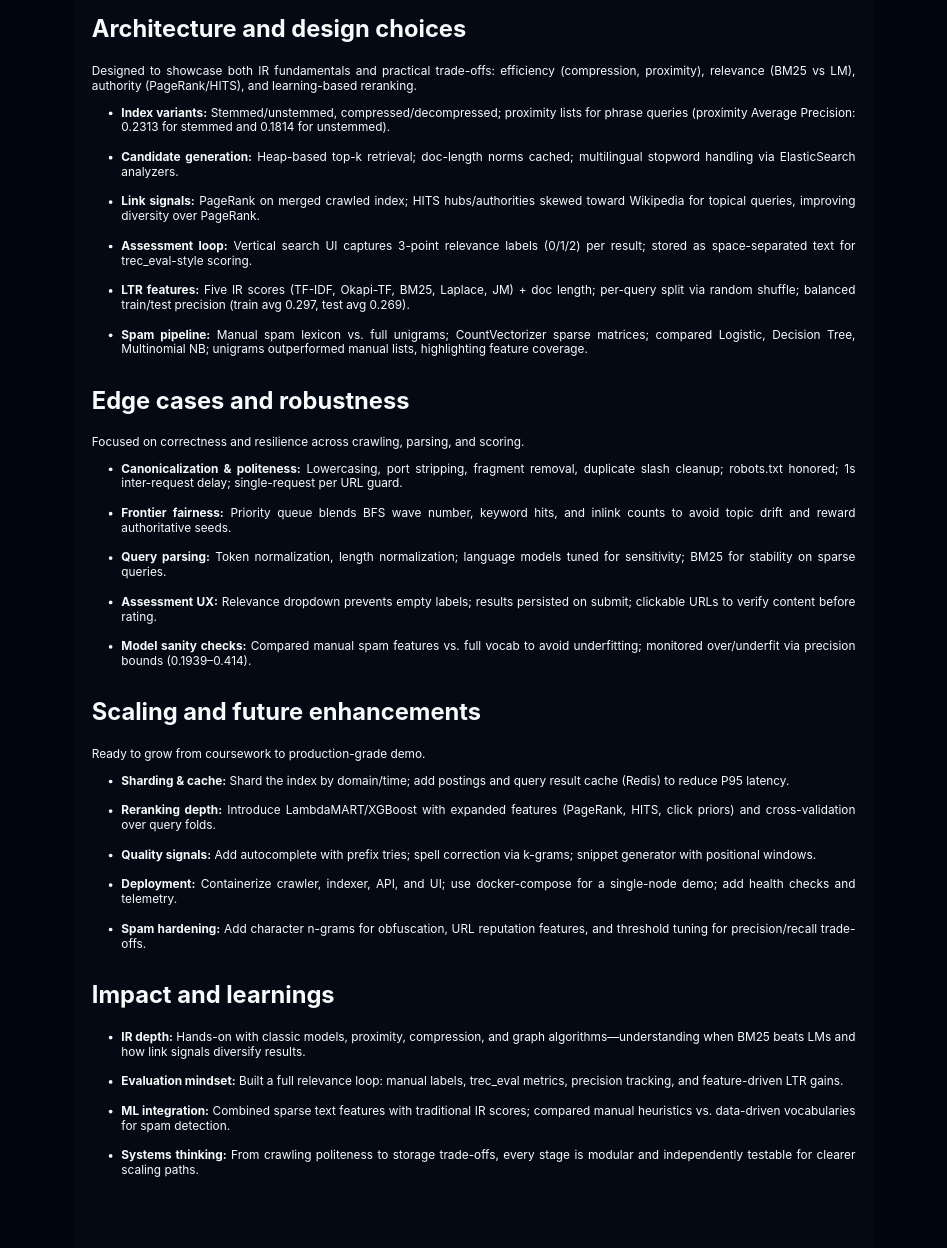
Repository: Abdulaziz-04/Abdulaziz-04.github.io
Page: deepdives/backend_systems/search_engine/search_engine.html
The author's editor kept a copy of each file at every save. The page is drawn from the files as they stood at one save, then again after the next save.
The browser window is 1280 px wide. The pictures show the part of the page from y = 3155 to 4842 px (the page is 4842 px tall), at 74% of full size.
A picture or video elsewhere on the page could not be fetched, so the positions and the page height are approximate.

Above is the page before, as saved 2025-11-21 18:11:18.

### deepdives/backend_systems/search_engine/search_engine.html
<!DOCTYPE html>
<html lang="en">
  <head>
    <meta charset="UTF-8" />
    <meta name="viewport" content="width=device-width, initial-scale=1" />
    <title>Full-Stack Search Engine: Crawl, Index, Rank, and Rerank</title>
    <link rel="stylesheet" href="../../../assets/css/styles.css" />
  </head>

  <body class="project-detail-page">
    <header class="detail-hero">
      <a class="category-back" href="../../../projects/backend_systems.html">
        &larr; Back to Projects
      </a>

      <p
        class="category-pill"
        onclick="window.location.href='../../../projects/backend_systems.html'"
      >
        Backend &amp; Distributed Logic
      </p>
      <br />

      <h1>Full-Stack Search Engine: Crawl, Index, Rank, and Rerank</h1>

      <p class="detail-summary">
        <b>
          Built an end-to-end search engine over a nuclear-safety corpus: custom
          crawler, compressed inverted indexes, classic IR ranking
          (TF-IDF/BM25/LM), graph algorithms (PageRank/HITS), vertical search UI
          with manual assessments, learning-to-rank, and ML-powered spam
          filtering.
        </b>
      </p>

      <p class="detail-summary">
        Part of CS 6200 Information Retrieval course at Northeastern: starting
        with baseline ranking, adding compression and proximity search, building
        a focused crawler, applying link analysis, running a vertical search
        assessment interface, experimenting with learning-to-rank, and closing
        with ML-based spam classification.
      </p>

      <ul class="detail-meta">
        <li>
          <strong>Tech Stack:</strong>
          Python, ElasticSearch, NumPy, scikit-learn, pandas, BeautifulSoup,
          priority queues, multi-threading, custom inverted index storage
        </li>
      </ul>
    </header>

    <main class="section detail-content">
      <!-- HERO IMAGE -->
      <section class="detail-section detail-hero-gif">
        <figure class="gallery-item gallery-item--wide">
          <img
            src="./images/architecture-placeholder.png"
            alt="System architecture: crawler → indexer → ranker → reranker → UI"
            style="display: block; margin: 0 auto; max-width: 95%; height: auto"
          />
          <figcaption style="text-align: center">
            Architecture at a glance: focused crawler feeds compressed inverted
            indexes; BM25/TF-IDF for first-pass ranking; PageRank/HITS signals
            available; LTR and spam classifiers for reranking and filtering.
          </figcaption>
        </figure>
      </section>

      <!-- QUICK INSIGHTS -->
      <section class="detail-section">
        <h2>Quick insights</h2>
        <ul class="psr-list">
          <li>
            <strong>Goal:</strong>
            Build a demonstrable, end-to-end search stack covering crawling,
            indexing, ranking, evaluation, and ML reranking.
          </li>
          <br />
          <li>
            <strong>A1 – Baseline Ranking:</strong> Implemented TF-IDF,
            Okapi-TF, BM25, and two Language Models (Laplace, Jelinek-Mercer) on
            a stemmed corpus from scratch. <br /><br />
            <b>Key metric:</b> BM25 Mean Average Precision ≈ <b>0.31</b> based
            on trec_eval.
          </li>
          <br />
          <li>
            <strong>A2 – Index Compression &amp; Proximity:</strong> Built
            compressed inverted indexes and positional lists to enable
            phrase/proximity search. <br /><br />
            <b>Key metric:</b> Compressed index size <b>67.4&nbsp;MB</b> (down
            from 187&nbsp;MB).
          </li>
          <br />
          <li>
            <strong>A3 – Focused Crawler:</strong> Multi-threaded Priority-queue
            frontier expanding based on BFS algorithm, keyword hits, and inlink
            counts with full canonicalization and politeness. <br /><br />
            <b>Key metric:</b>
            The topic of crawling was Nuclear accidents covering different
            incidents such as Hiroshima-Nagasaki, Three-mile island, Kshytm
            disaster.
            <br />
            Collected over 160,000 documents with robots.txt compliance and a
            1-second inter-request delay.
          </li>
          <br />
          <li>
            <strong>A4 – Link Analysis:</strong> Computed PageRank and HITS over
            the custom crawled dataset to add authority/hub signals for
            reranking and getting better search results. <br />
            <br />
            <b>Key metric:</b> Convergence verified via
            <b>Shannon-entropy</b> stabilization across iterations.
          </li>
          <br />
          <li>
            <strong>A5 – Vertical Search UI &amp; Labels:</strong> Built an
            assessment interface for nuclear event queries with 3-point
            relevance judgments (0/1/2). <br />
            <br />
            <b>Key metric:</b> Collected <b>graded labels</b> enabling
            trec_eval-style scoring and LTR training.
          </li>
          <br />
          <li>
            <strong>A6 – Learning-to-Rank:</strong> Trained on features from
            five IR models plus document length; evaluated on held-out queries.
            <br />
            <br />
            <b>Key metric:</b> Best test precision <b>0.414</b>.
          </li>
          <br />
          <li>
            <strong>A7 – Spam Classification:</strong> Compared manual lexicon
            features vs full unigrams using Logistic Regression, Decision Tree,
            and Multinomial NB. <br />
            <br />
            <b>Key metric:</b> Highest <b>ROC-AUC</b> with Logistic Regression
            on <b>unigrams</b>.
          </li>
        </ul>
      </section>

      <!-- SYSTEM OVERVIEW -->
      <section class="detail-section">
        <h2>System Overview</h2>
        <p>
          A modular pipeline that goes beyond textbook retrieval: crawling and
          canonicalization, compressed inverted indexes, multi-model scoring,
          link analysis, vertical search UI with human relevance labels, and
          ML-based reranking/filters.
        </p>

        <ul>
          <li>
            <b>Retrieval core:</b>
            Implemented Okapi TF, TF-IDF, BM25, and two language models
            (Laplace, Jelinek-Mercer) with ElasticSearch baselines; BM25 led
            with AP ≈ 0.31 on stemmed data.
          </li>
          <br />
          <li>
            <b>Indexing &amp; compression:</b>
            Stemmed + compressed index shrank to 67.4 MB (vs. 187 MB
            decompressed); tracked decompressed/unstemmed variants and proximity
            indexes.
          </li>
          <br />
          <li>
            <b>Crawling &amp; frontier:</b>
            Multi-threaded Priority-queue frontier using BFS wave, keyword hits,
            and inlink counts; canonicalization (lowercasing, port removal,
            fragment stripping); politeness with robots.txt + 1s delay.
          </li>
          <br />
          <li>
            <b>Link analysis:</b>
            PageRank (Shannon entropy for convergence) and HITS on custom
            crawled search index; observed high-quality parents boosting
            children even with few inlinks.
          </li>
          <br />
          <li>
            <b>Evaluation &amp; Learn To Rank:</b>
            Manual relevance UI (0/1/2 labels) for vertical nuclear-accident
            search; learning-to-rank with features from five IR models + doc
            length, reaching precision up to 0.414 on test queries.
          </li>
          <br />
          <li>
            <b>Spam classification:</b>
            CountVectorizer over manual spam lexicons and full unigrams; tested
            Logistic Regression (liblinear, L1), Decision Tree, Multinomial NB;
            full unigram Logistic delivered best ROC-AUC.
          </li>
        </ul>
      </section>

      <!-- RESPONSE EXAMPLES GALLERY -->
      <section class="detail-section detail-gallery">
        <h2>Sample outputs</h2>
        <div class="gallery-row gallery-row--two">
          <figure class="gallery-item">
            <a href="./images/search-results-placeholder.png" target="_blank">
              <img
                src="./images/search-results-placeholder.png"
                alt="Search results list with highlights and BM25 scores"
              />
            </a>
            <figcaption>
              BM25-ranked results with snippet highlights and scores.
            </figcaption>
          </figure>

          <figure class="gallery-item">
            <a href="./images/index-stats-placeholder.png" target="_blank">
              <img
                src="./images/index-stats-placeholder.png"
                alt="Index size comparison: compressed vs decompressed"
              />
            </a>
            <figcaption>
              Index size and proximity index metrics (67.4 MB compressed vs. 187
              MB decompressed stemmed).
            </figcaption>
          </figure>
        </div>

        <div class="gallery-row gallery-row--two">
          <figure class="gallery-item">
            <a href="./images/ltr-placeholder.png" target="_blank">
              <img
                src="./images/ltr-placeholder.png"
                alt="Learning-to-rank precision chart"
              />
            </a>
            <figcaption>
              Learning-to-rank precision curve; best test precision 0.414.
            </figcaption>
          </figure>

          <figure class="gallery-item">
            <a href="./images/spam-roc-placeholder.png" target="_blank">
              <img
                src="./images/spam-roc-placeholder.png"
                alt="ROC curve for spam classifier"
              />
            </a>
            <figcaption>
              Spam classifier ROC-AUC: Logistic with full unigrams leads.
            </figcaption>
          </figure>
        </div>
      </section>

      <!-- ARCHITECTURE & DESIGN -->
      <section class="detail-section">
        <h2>Architecture and design choices</h2>
        <p>
          Designed to showcase both IR fundamentals and practical trade-offs:
          efficiency (compression, proximity), relevance (BM25 vs LM), authority
          (PageRank/HITS), and learning-based reranking.
        </p>

        <ul>
          <li>
            <b>Index variants:</b>
            Stemmed/unstemmed, compressed/decompressed; proximity lists for
            phrase queries (proximity Average Precision: 0.2313 for stemmed and
            0.1814 for unstemmed).
          </li>
          <br />
          <li>
            <b>Candidate generation:</b>
            Heap-based top-k retrieval; doc-length norms cached; multilingual
            stopword handling via ElasticSearch analyzers.
          </li>
          <br />
          <li>
            <b>Link signals:</b>
            PageRank on merged crawled index; HITS hubs/authorities skewed
            toward Wikipedia for topical queries, improving diversity over
            PageRank.
          </li>
          <br />
          <li>
            <b>Assessment loop:</b>
            Vertical search UI captures 3-point relevance labels (0/1/2) per
            result; stored as space-separated text for trec_eval-style scoring.
          </li>
          <br />
          <li>
            <b>LTR features:</b>
            Five IR scores (TF-IDF, Okapi-TF, BM25, Laplace, JM) + doc length;
            per-query split via random shuffle; balanced train/test precision
            (train avg 0.297, test avg 0.269).
          </li>
          <br />
          <li>
            <b>Spam pipeline:</b>
            Manual spam lexicon vs. full unigrams; CountVectorizer sparse
            matrices; compared Logistic, Decision Tree, Multinomial NB; unigrams
            outperformed manual lists, highlighting feature coverage.
          </li>
        </ul>
      </section>

      <!-- EDGE CASES & ROBUSTNESS -->
      <section class="detail-section">
        <h2>Edge cases and robustness</h2>
        <p>
          Focused on correctness and resilience across crawling, parsing, and
          scoring.
        </p>

        <ul>
          <li>
            <b>Canonicalization &amp; politeness:</b>
            Lowercasing, port stripping, fragment removal, duplicate slash
            cleanup; robots.txt honored; 1s inter-request delay; single-request
            per URL guard.
          </li>
          <br />
          <li>
            <b>Frontier fairness:</b>
            Priority queue blends BFS wave number, keyword hits, and inlink
            counts to avoid topic drift and reward authoritative seeds.
          </li>
          <br />
          <li>
            <b>Query parsing:</b>
            Token normalization, length normalization; language models tuned for
            sensitivity; BM25 for stability on sparse queries.
          </li>
          <br />
          <li>
            <b>Assessment UX:</b>
            Relevance dropdown prevents empty labels; results persisted on
            submit; clickable URLs to verify content before rating.
          </li>
          <br />
          <li>
            <b>Model sanity checks:</b>
            Compared manual spam features vs. full vocab to avoid underfitting;
            monitored over/underfit via precision bounds (0.1939–0.414).
          </li>
        </ul>
      </section>

      <!-- SCALING & FUTURE ENHANCEMENTS -->
      <section class="detail-section">
        <h2>Scaling and future enhancements</h2>
        <p>Ready to grow from coursework to production-grade demo.</p>

        <ul>
          <li>
            <b>Sharding &amp; cache:</b>
            Shard the index by domain/time; add postings and query result cache
            (Redis) to reduce P95 latency.
          </li>
          <br />
          <li>
            <b>Reranking depth:</b>
            Introduce LambdaMART/XGBoost with expanded features (PageRank, HITS,
            click priors) and cross-validation over query folds.
          </li>
          <br />
          <li>
            <b>Quality signals:</b>
            Add autocomplete with prefix tries; spell correction via k-grams;
            snippet generator with positional windows.
          </li>
          <br />
          <li>
            <b>Deployment:</b>
            Containerize crawler, indexer, API, and UI; use docker-compose for a
            single-node demo; add health checks and telemetry.
          </li>
          <br />
          <li>
            <b>Spam hardening:</b>
            Add character n-grams for obfuscation, URL reputation features, and
            threshold tuning for precision/recall trade-offs.
          </li>
        </ul>
      </section>

      <!-- IMPACT & LEARNINGS -->
      <section class="detail-section detail-impact">
        <h2>Impact and learnings</h2>
        <ul>
          <li>
            <b>IR depth:</b>
            Hands-on with classic models, proximity, compression, and graph
            algorithms—understanding when BM25 beats LMs and how link signals
            diversify results.
          </li>
          <br />
          <li>
            <b>Evaluation mindset:</b>
            Built a full relevance loop: manual labels, trec_eval metrics,
            precision tracking, and feature-driven LTR gains.
          </li>
          <br />
          <li>
            <b>ML integration:</b>
            Combined sparse text features with traditional IR scores; compared
            manual heuristics vs. data-driven vocabularies for spam detection.
          </li>
          <br />
          <li>
            <b>Systems thinking:</b>
            From crawling politeness to storage trade-offs, every stage is
            modular and independently testable for clearer scaling paths.
          </li>
        </ul>
      </section>
    </main>
  </body>
</html>

Loaded but not shown: assets/css/styles.css (941 lines, source omitted)

After the next save:
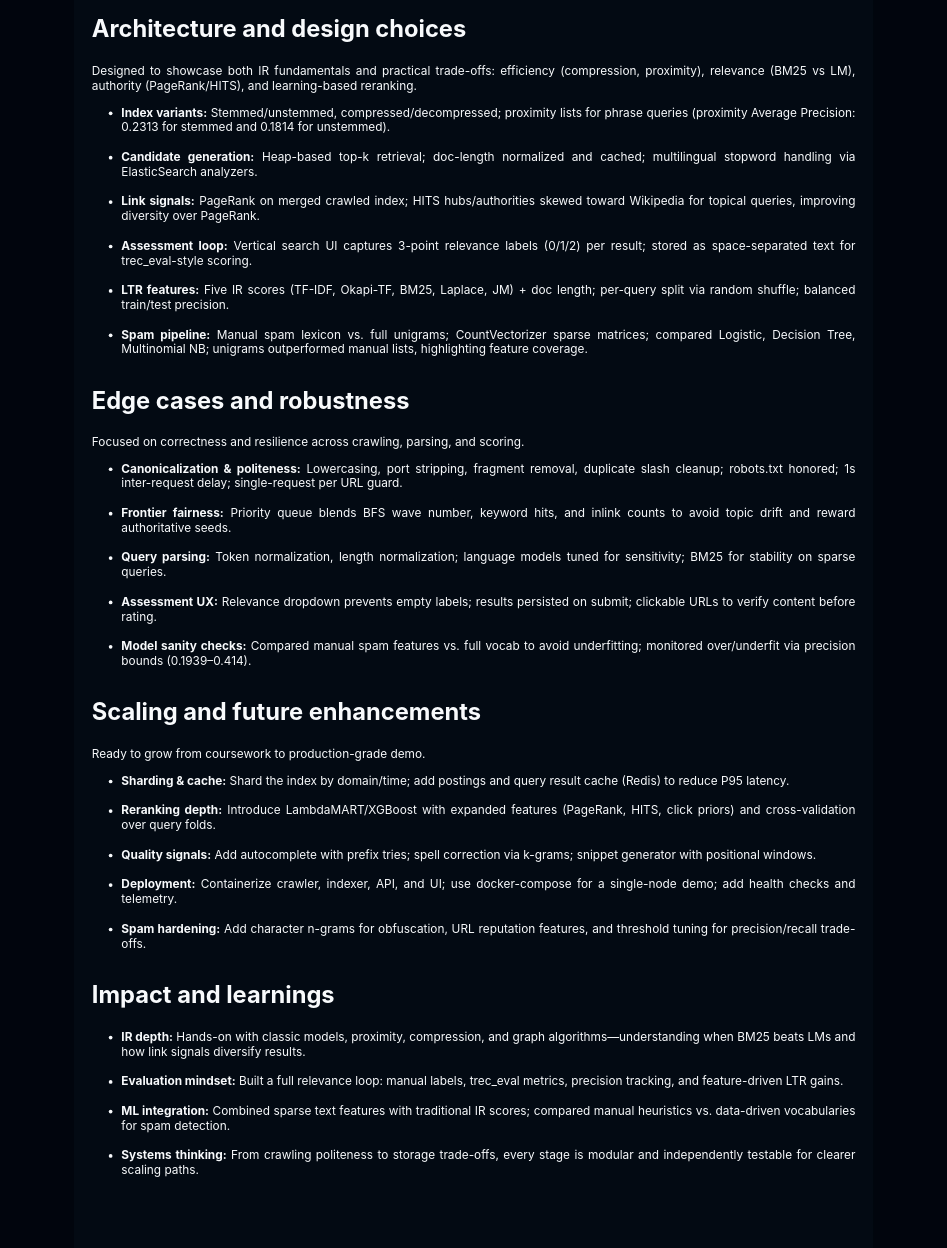
Saved 2 min 4 s later.
--- a/deepdives/backend_systems/search_engine/search_engine.html
+++ b/deepdives/backend_systems/search_engine/search_engine.html
@@ -274,8 +274,8 @@
           <br />
           <li>
             <b>Candidate generation:</b>
-            Heap-based top-k retrieval; doc-length norms cached; multilingual
-            stopword handling via ElasticSearch analyzers.
+            Heap-based top-k retrieval; doc-length normalized and cached;
+            multilingual stopword handling via ElasticSearch analyzers.
           </li>
           <br />
           <li>
@@ -294,8 +294,7 @@
           <li>
             <b>LTR features:</b>
             Five IR scores (TF-IDF, Okapi-TF, BM25, Laplace, JM) + doc length;
-            per-query split via random shuffle; balanced train/test precision
-            (train avg 0.297, test avg 0.269).
+            per-query split via random shuffle; balanced train/test precision.
           </li>
           <br />
           <li>
